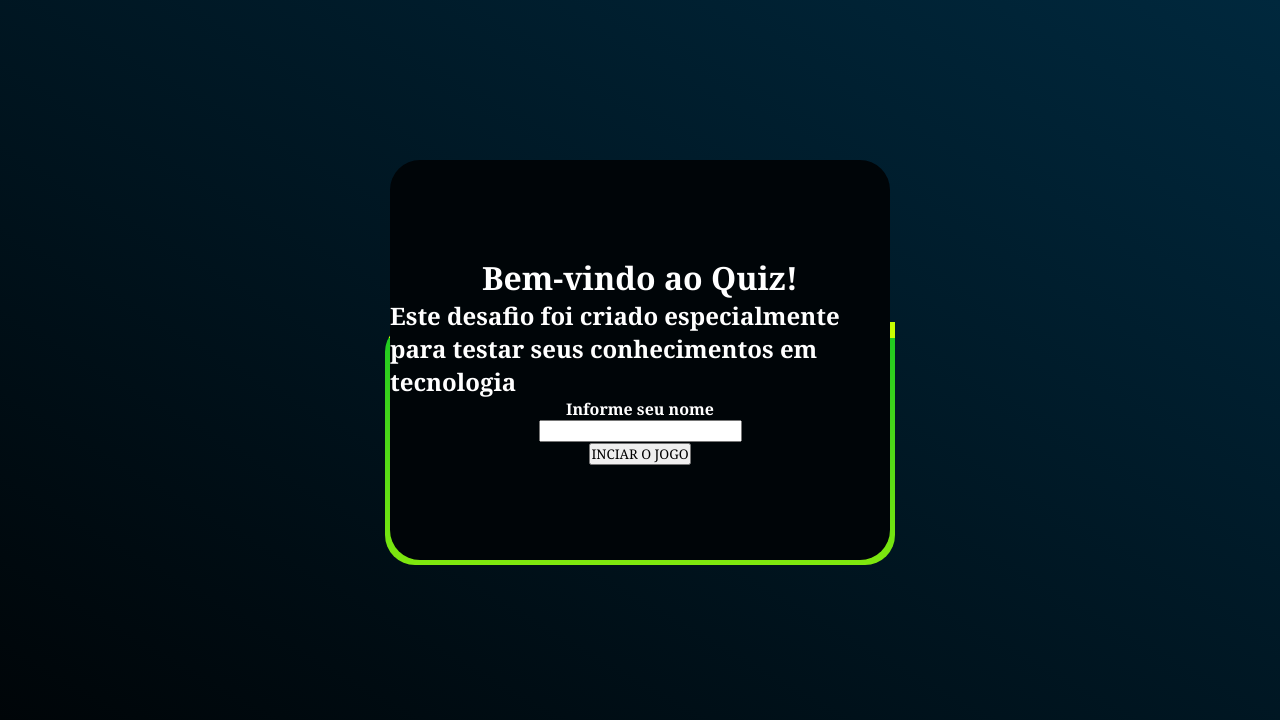
Repository: LaisSilvaO/Projeto-Quizz
Page: telas/apresentação.html
The author's editor kept a copy of each file at every save. The page is drawn from the files as they stood at one save, then again after the next save.
The browser window is 1280 px wide. The pictures show the whole page.

Above is the page before, as saved 2024-12-25 21:08:22.

After the next save:
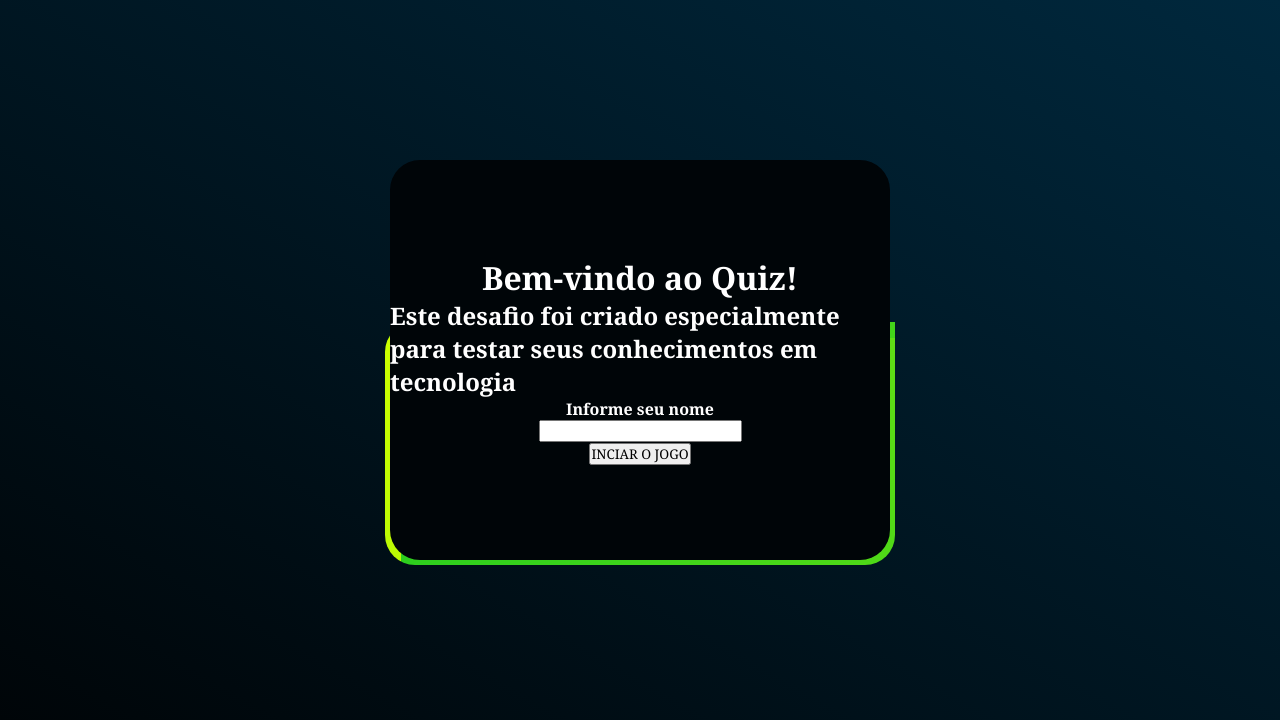
Saved 55 s later.
--- a/img/tela.css
+++ b/img/tela.css
@@ -62,7 +62,7 @@ main {
   height: 100%;
   border-radius: 30px;
   border: 16px solid transparent; /* Espessura da borda aumentada */
-  background-image: linear-gradient(to bottom, #20ca20, #ccff00);
+  background-image: linear-gradient(45deg, #20ca20, #ccff00);
   background-size: 400%; /* Aumenta o tamanho da animação da borda */
   animation: borderAnimation 3s linear 3s infinite ;
   z-index: -1; /* Garante que a borda fique atrás do conteúdo */

After the save that followed:
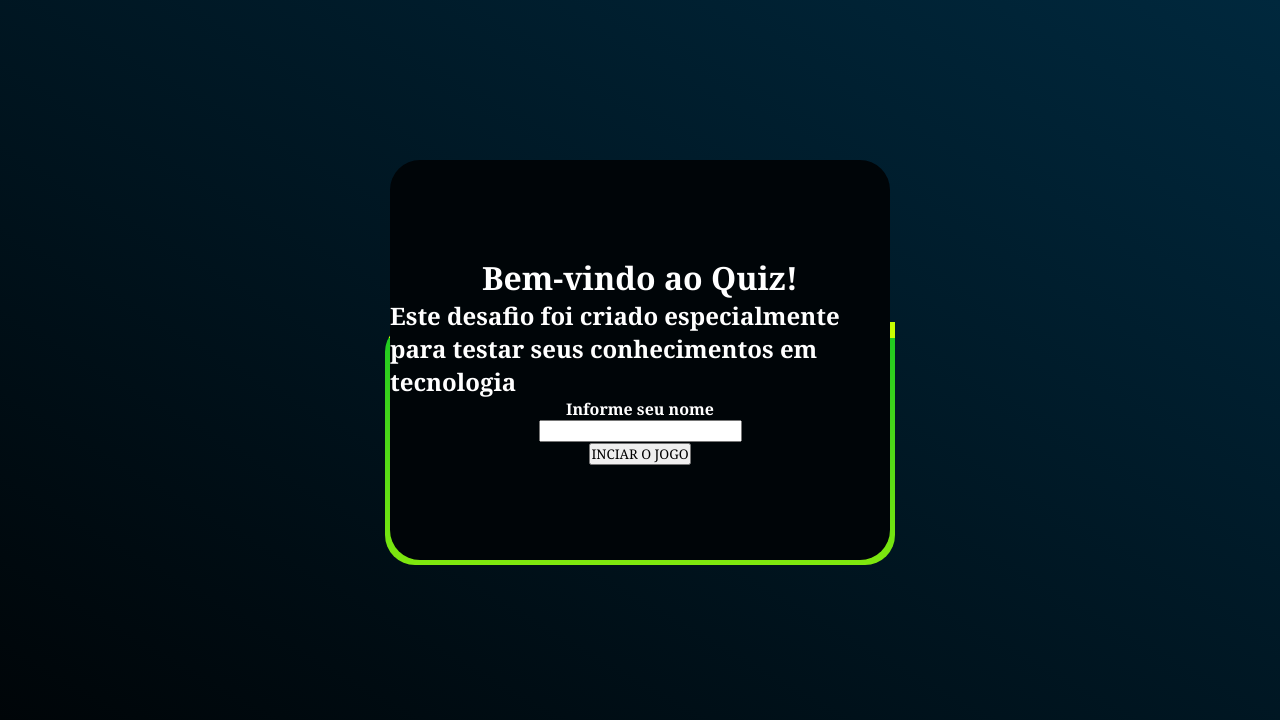
Saved 11 s later.
--- a/img/tela.css
+++ b/img/tela.css
@@ -62,7 +62,7 @@ main {
   height: 100%;
   border-radius: 30px;
   border: 16px solid transparent; /* Espessura da borda aumentada */
-  background-image: linear-gradient(45deg, #20ca20, #ccff00);
+  background-image: linear-gradient(to bottom, #20ca20, #ccff00);
   background-size: 400%; /* Aumenta o tamanho da animação da borda */
   animation: borderAnimation 3s linear 3s infinite ;
   z-index: -1; /* Garante que a borda fique atrás do conteúdo */
